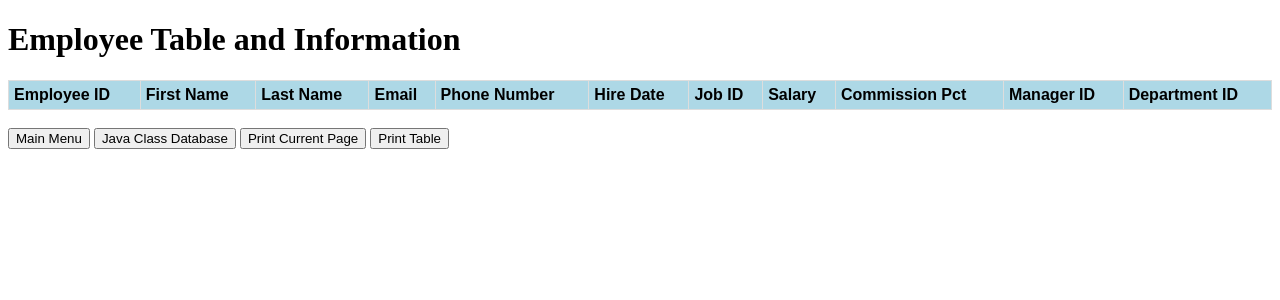
Repository: cohen-e/Demo_Project
Page: http://localhost/Demo_Project/Database.jsp
These files come from the project's save history. The page is drawn as it stood at one moment and after the next save; the edit follows.
The browser window is 1280 px wide. The pictures show the whole page.
The page is served by Tomcat 9. The session is filled in as if someone had signed in: {"user": "testuser", "id": 1}. Queries for data that is not in the repository find no rows.

Above is the page before, as saved 2018-07-02 14:18:33.

After the next save:
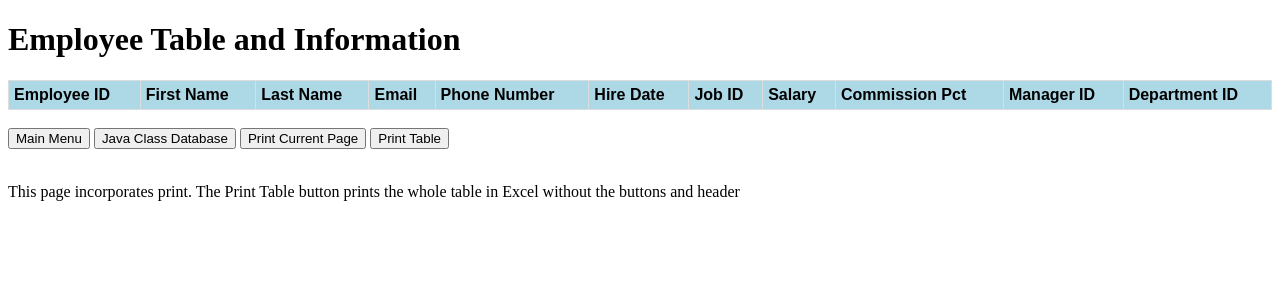
Saved 5 min 23 s later.
--- a/Demo_Project/WebContent/Database.jsp
+++ b/Demo_Project/WebContent/Database.jsp
@@ -97,8 +97,14 @@
 	<button type="button" onclick="location.href= '/Demo_Project/TestDatabase';">Java	Class Database</button>
 	<button type="button" onclick="window.print();">Print Current Page</button>
 	<a href="Database.jsp?yes_to_print=YES"><button>Print Table</button></a>
+	<br></br>
+	<p>This page incorporates print. The Print Table button prints the whole table in Excel
+		without the buttons and header</p>
 	<%
 	}
 	%>
+
+
+
 </body>
 </html>
